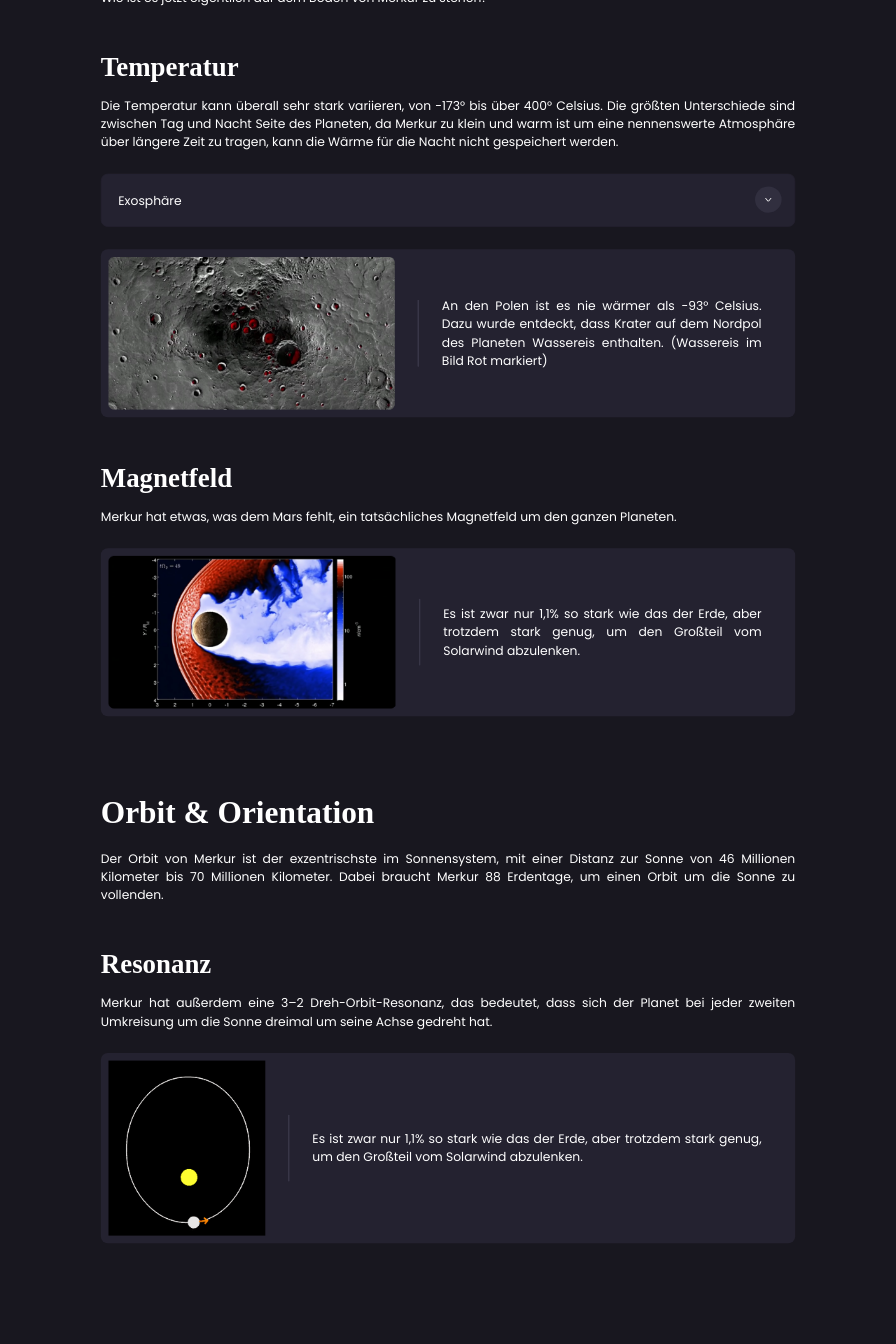
Repository: moreno-livak/solar
Page: dist/html/merkur.html
These files come from the project's save history. The page is drawn as it stood at one moment and after the next save; the edit follows.
The browser window is 1280 px wide. The pictures show the part of the page from y = 2543 to 4463 px (the page is 4463 px tall), at 70% of full size.
The style sheet was rebuilt from its Sass, Less or Tailwind sources for each picture, by a compiler version that may differ from the author's.

Above is the page before, as saved 2022-05-07 13:50:30.

After the next save:
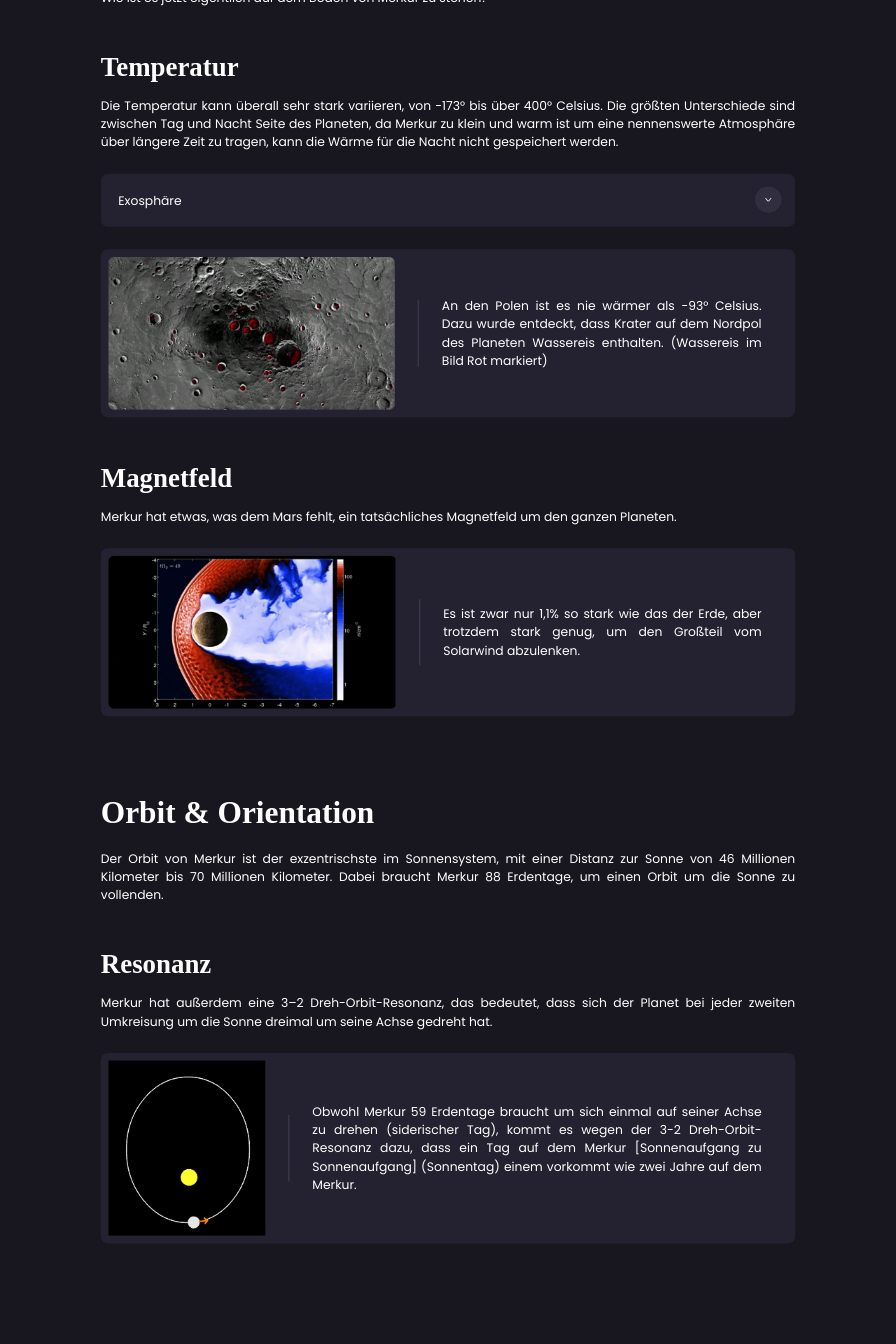
Saved 34 s later.
--- a/dist/html/merkur.html
+++ b/dist/html/merkur.html
@@ -207,8 +207,10 @@
     <div class="content">
       <img src="../assets/Merkur/Mercury-Orbit.gif" alt="Merkur Orbit GIF">
       <div class="vl"></div>
-      <p>Es ist zwar nur 1,1% so stark wie das der Erde, aber trotzdem
-        stark genug, um den Großteil vom Solarwind abzulenken.</p>
+      <p>Obwohl Merkur 59 Erdentage braucht um sich einmal auf seiner Achse
+        zu drehen (siderischer Tag), kommt es wegen der 3-2 Dreh-Orbit-Resonanz
+        dazu, dass ein Tag auf dem Merkur [Sonnenaufgang zu Sonnenaufgang]
+        (Sonnentag) einem vorkommt wie zwei Jahre auf dem Merkur.</p>
     </div>
 
 
